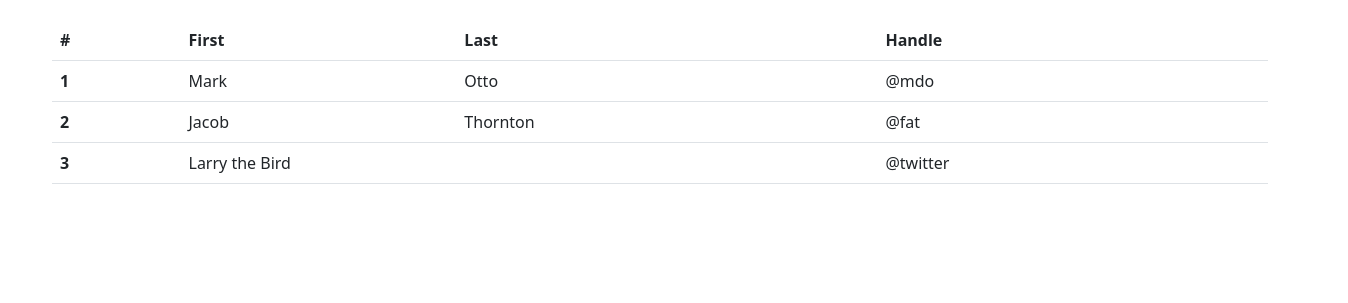
Repository: LCLY/location
Page: /
The author's editor kept a copy of each file at every save. The page is drawn from the files as they stood at one save, then again after the next save.
The browser window is 1280 px wide. The page is 1280 px wide, then 1348 px, so the pictures cover 1348 px, including what lies to the right of the window. The pictures show the whole page.
The page's requests for data from a server got no answer. The project was rebuilt for these pictures with package versions that can differ from the ones it lists, and the page was loaded fresh each time. The framework's server and built-in components were replaced by stand-ins that run in the browser. No one was signed in, and anything a server would have sent is missing. Also part of the build but not shown: next.config.js.

Above is the page before, as saved 2022-09-12 17:15:46.

After the next save:
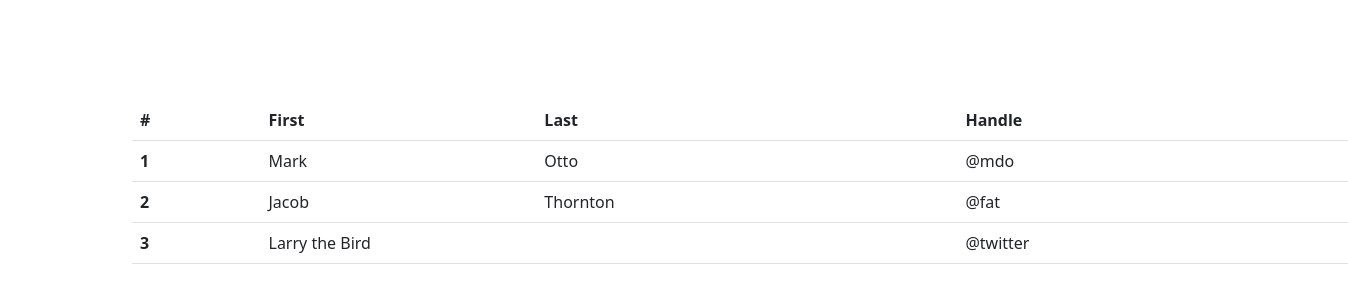
Saved 6 s later.
--- a/styles/Home.module.scss
+++ b/styles/Home.module.scss
@@ -12,7 +12,7 @@
 	align-items: center;
 
 	&__table {
-		margin: 20px;
+		margin: 100px;
 	}
 }
 
